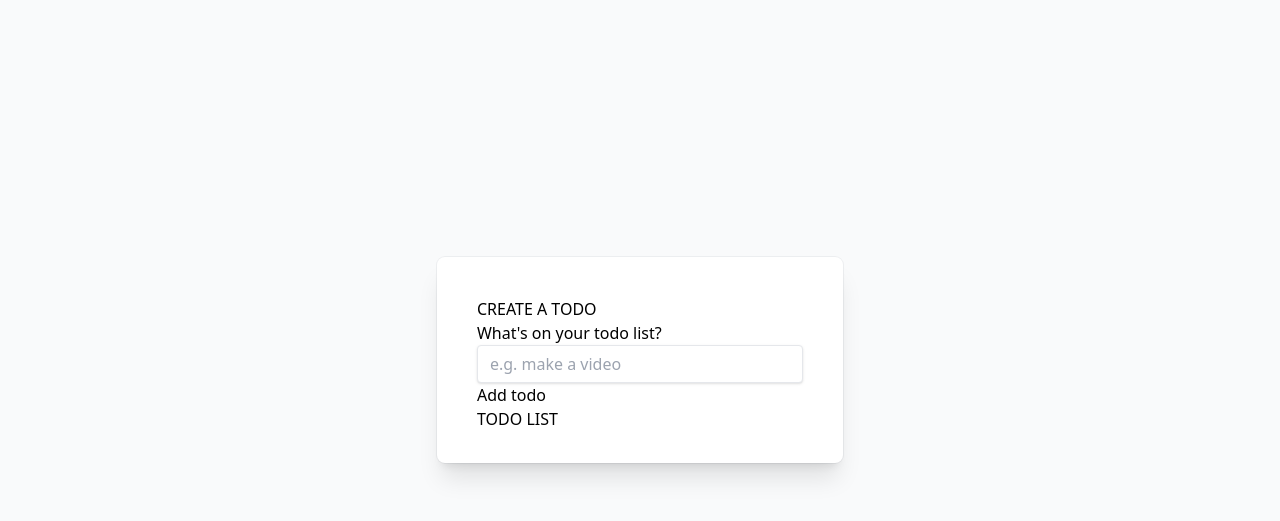
Repository: Kajo-lab/vue-todo
Page: /
An editor plug-in stored every save of this project. The page is shown before and after the next save, followed by the edit.
The browser window is 1280 px wide. The pictures show the whole page.
The project was rebuilt for these pictures with package versions that can differ from the ones it lists, and the page was loaded fresh each time. Also part of the build but not shown: vite.config.js, webpack.config.js.

Above is the page before, as saved 2022-07-07 16:34:10.

After the next save:
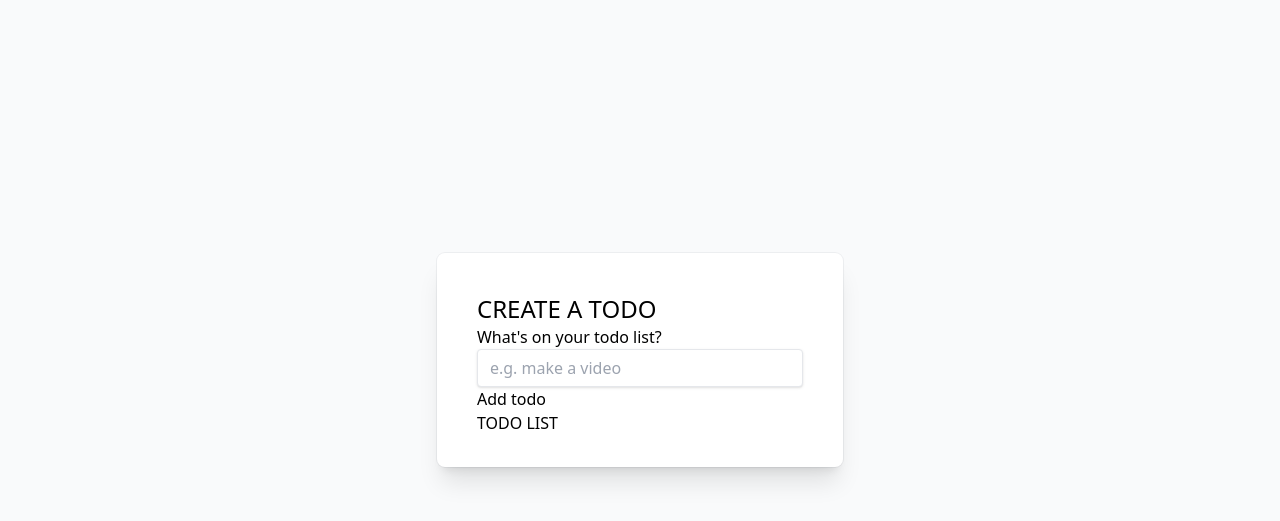
Saved 4 s later.
--- a/src/App.vue
+++ b/src/App.vue
@@ -48,7 +48,7 @@ onMounted(() => {
 <main class="relative flex min-h-screen flex-col justify-center overflow-hidden bg-gray-50 py-6 sm:py-12">
 	<div class="relative bg-white px-6 pt-10 pb-8 shadow-xl ring-1 ring-gray-900/5 sm:mx-auto sm:max-w-lg sm:rounded-lg sm:px-10">
 		<section class="create-todo">
-		<h1 class="text-">CREATE A TODO</h1>
+		<h1 class="text-2xl">CREATE A TODO</h1>
 				<form id="new-todo-form" class="" @submit.prevent="addTodo">
 					<h4>What's on your todo list?</h4>
 					<input
